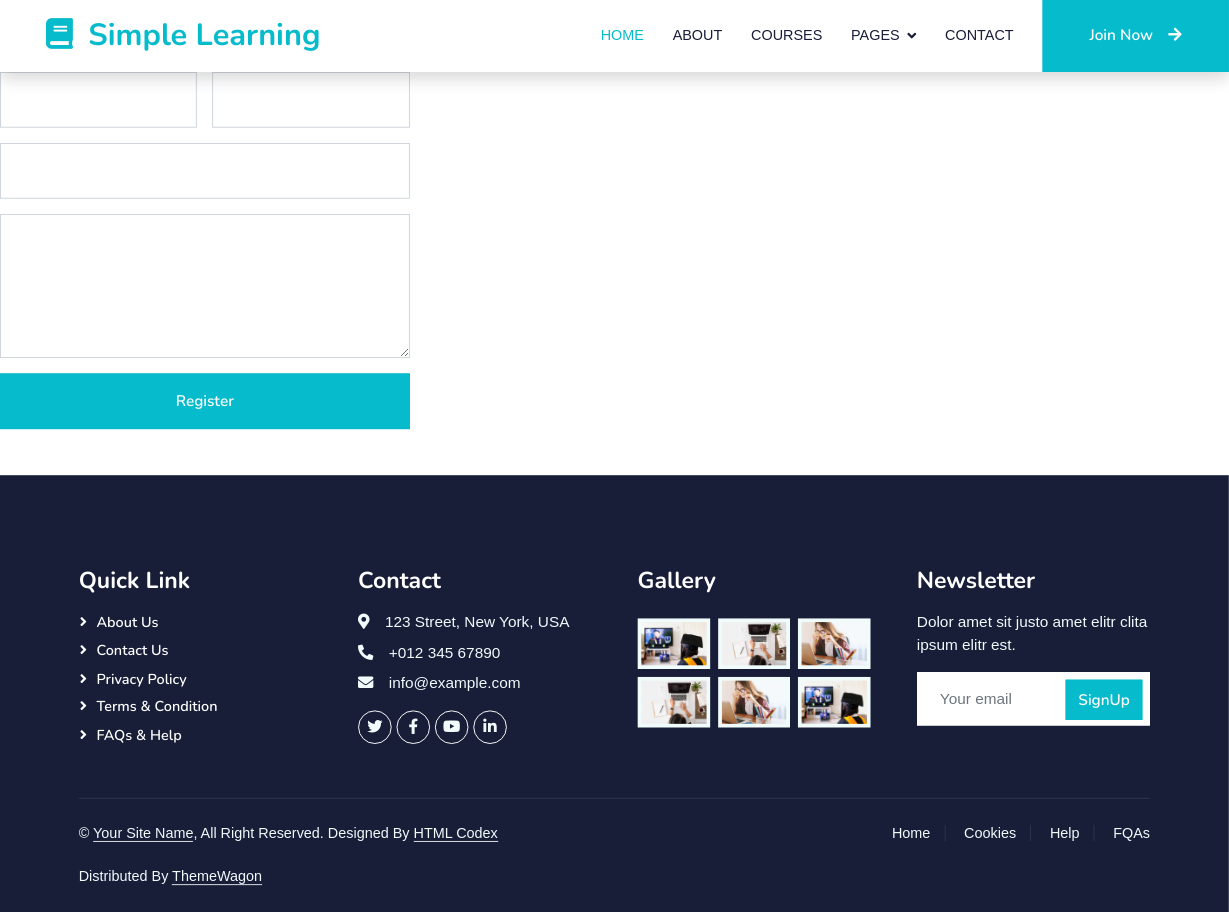
Repository: Arumugam2002/ARUMUGAM-TOPS-DAILY-TASKS
Page: http://localhost/register
These files come from the project's save history. The page is drawn as it stood at one moment and after a run of saves; the edit follows.
The browser window is 1280 px wide. The pictures show the whole page, at 96% of full size.
Some web fonts or font styles are not loaded; a fallback is used. Some web libraries are served in a nearby version. The page is this project's Thymeleaf template; nobody is signed in. The template is opened directly, without the code that normally fills it, so the values that code supplies are empty.

Above is the page before, as saved 2024-07-16 09:06:21.

### Java SpringBoot/Spring_Eclipse/SpringwithTemplate/src/main/resources/templates/register.html
<!DOCTYPE html>
<html lang="en">
	<head th:replace="/fragments/head :: head"></head>
	<head th:replace="/fragments/header :: header"></head>



<body>
	<!--<h1>Registration Form</h1>-->

	<div class="col-lg-4 col-md-12 wow fadeInUp" data-wow-delay="0.5s">
		<form action="/add" method="post">
			<div class="row g-3">
				<div class="col-md-6">
					<div class="form-floating">
						<input type="text" class="form-control" name="name" id="name" placeholder="Enter Name">

					</div>
				</div>
				<div class="col-md-6">
					<div class="form-floating">
						<input type="email" class="form-control" name="email" id="email" placeholder="Enter email">

					</div>
				</div>
				<div class="col-12">
					<div class="form-floating">
						<input type="text" class="form-control" name="contact" id="subject" placeholder="Enter contact">

					</div>
				</div>
				<div class="col-12">
					<div class="form-floating">
						<textarea class="form-control" name="address" placeholder="Enter address" id="message"
							style="height: 150px"></textarea>

					</div>
				</div>
				<div class="col-12">
					<button class="btn btn-primary w-100 py-3" type="submit" >Register</button>
				</div>
			</div>
		</form>
	</div>






	<footer th:replace="/fragments/footer :: footer"></footer>
</body>

</html>

### Java SpringBoot/Spring_Eclipse/SpringwithTemplate/src/main/resources/templates/fragments/head.html
<html lang="en">

<head lang="en" xmlns:th="http://www.thymeleaf.org">
    <meta charset="utf-8">
    <title>Simple Learning</title>
    <meta content="width=device-width, initial-scale=1.0" name="viewport">
    <meta content="" name="keywords">
    <meta content="" name="description">

    <!-- Favicon -->
    <link href="img/favicon.ico" rel="icon">

    <!-- Google Web Fonts -->
    <link rel="preconnect" href="https://fonts.googleapis.com">
    <link rel="preconnect" href="https://fonts.gstatic.com" crossorigin>
    <link href="https://fonts.googleapis.com/css2?family=Heebo:wght@400;500;600&family=Nunito:wght@600;700;800&display=swap" rel="stylesheet">

    <!-- Icon Font Stylesheet -->
    <link href="https://cdnjs.cloudflare.com/ajax/libs/font-awesome/5.10.0/css/all.min.css" rel="stylesheet">
    <link href="https://cdn.jsdelivr.net/npm/bootstrap-icons@1.4.1/font/bootstrap-icons.css" rel="stylesheet">

    <!-- Libraries Stylesheet -->
    <link href="assets/lib/animate/animate.min.css" rel="stylesheet">
    <link href="assets/lib/owlcarousel/assets/owl.carousel.min.css" rel="stylesheet">

    <!-- Customized Bootstrap Stylesheet -->
    <link href="assets/css/bootstrap.min.css" rel="stylesheet">

    <!-- Template Stylesheet -->
    <link href="assets/css/style.css" rel="stylesheet">
</head>

</html>

### Java SpringBoot/Spring_Eclipse/SpringwithTemplate/src/main/resources/templates/fragments/header.html
<html lang="en"
xmlns:th="http://www.thymeleaf.org"
xmlns:sec="http://www.thymeleaf.org/extras/spring-security">
<header>
<!-- Spinner Start -->
<div id="spinner"
	class="show bg-white position-fixed translate-middle w-100 vh-100 top-50 start-50 d-flex align-items-center justify-content-center">
	<div class="spinner-border text-primary" style="width: 3rem; height: 3rem;" role="status">
		<span class="sr-only">Loading...</span>
	</div>
</div>
<!-- Spinner End -->


<!-- Navbar Start -->
<nav class="navbar navbar-expand-lg bg-white navbar-light shadow sticky-top p-0">
	<a href="/" class="navbar-brand d-flex align-items-center px-4 px-lg-5">
		<h2 class="m-0 text-primary"><i class="fa fa-book me-3"></i>Simple Learning</h2>
	</a>
	<button type="button" class="navbar-toggler me-4" data-bs-toggle="collapse" data-bs-target="#navbarCollapse">
		<span class="navbar-toggler-icon"></span>
	</button>
	<div class="collapse navbar-collapse" id="navbarCollapse">
		<div class="navbar-nav ms-auto p-4 p-lg-0">
			<a href="/" class="nav-item nav-link active">Home</a>
			<a href="/about" class="nav-item nav-link">About</a>
			<a href="/courses" class="nav-item nav-link">Courses</a>
			<div class="nav-item dropdown">
				<a href="#" class="nav-link dropdown-toggle" data-bs-toggle="dropdown">Pages</a>
				<div class="dropdown-menu fade-down m-0">
					<a href="/team" class="dropdown-item">Our Team</a>
					<a href="/testimonial" class="dropdown-item">Testimonial</a>
					<a href="/404" class="dropdown-item">404 Page</a>
				</div>
			</div>
			<a href="/contact" class="nav-item nav-link">Contact</a>
		</div>
		<a href="/register" class="btn btn-primary py-4 px-lg-5 d-none d-lg-block">Join Now<i
				class="fa fa-arrow-right ms-3"></i></a>
	</div>
</nav>
<!-- Navbar End -->
</header>


</html>

### Java SpringBoot/Spring_Eclipse/SpringwithTemplate/src/main/resources/templates/fragments/footer.html
<!DOCTYPE html>
<html lang="en" xmlns:th="http://www.thymeleaf.org">

<body>

<footer>
	<!-- Footer Start -->
	<div class="container-fluid bg-dark text-light footer pt-5 mt-5 wow fadeIn" data-wow-delay="0.1s">
		<div class="container py-5">
			<div class="row g-5">
				<div class="col-lg-3 col-md-6">
					<h4 class="text-white mb-3">Quick Link</h4>
					<a class="btn btn-link" href="">About Us</a>
					<a class="btn btn-link" href="">Contact Us</a>
					<a class="btn btn-link" href="">Privacy Policy</a>
					<a class="btn btn-link" href="">Terms & Condition</a>
					<a class="btn btn-link" href="">FAQs & Help</a>
				</div>
				<div class="col-lg-3 col-md-6">
					<h4 class="text-white mb-3">Contact</h4>
					<p class="mb-2"><i class="fa fa-map-marker-alt me-3"></i>123 Street, New York, USA</p>
					<p class="mb-2"><i class="fa fa-phone-alt me-3"></i>+012 345 67890</p>
					<p class="mb-2"><i class="fa fa-envelope me-3"></i>info@example.com</p>
					<div class="d-flex pt-2">
						<a class="btn btn-outline-light btn-social" href=""><i class="fab fa-twitter"></i></a>
						<a class="btn btn-outline-light btn-social" href=""><i class="fab fa-facebook-f"></i></a>
						<a class="btn btn-outline-light btn-social" href=""><i class="fab fa-youtube"></i></a>
						<a class="btn btn-outline-light btn-social" href=""><i class="fab fa-linkedin-in"></i></a>
					</div>
				</div>
				<div class="col-lg-3 col-md-6">
					<h4 class="text-white mb-3">Gallery</h4>
					<div class="row g-2 pt-2">
						<div class="col-4">
							<img class="img-fluid bg-light p-1" src="img/course-1.jpg" alt="">
						</div>
						<div class="col-4">
							<img class="img-fluid bg-light p-1" src="img/course-2.jpg" alt="">
						</div>
						<div class="col-4">
							<img class="img-fluid bg-light p-1" src="img/course-3.jpg" alt="">
						</div>
						<div class="col-4">
							<img class="img-fluid bg-light p-1" src="img/course-2.jpg" alt="">
						</div>
						<div class="col-4">
							<img class="img-fluid bg-light p-1" src="img/course-3.jpg" alt="">
						</div>
						<div class="col-4">
							<img class="img-fluid bg-light p-1" src="img/course-1.jpg" alt="">
						</div>
					</div>
				</div>
				<div class="col-lg-3 col-md-6">
					<h4 class="text-white mb-3">Newsletter</h4>
					<p>Dolor amet sit justo amet elitr clita ipsum elitr est.</p>
					<div class="position-relative mx-auto" style="max-width: 400px;">
						<input class="form-control border-0 w-100 py-3 ps-4 pe-5" type="text" placeholder="Your email">
						<button type="button"
							class="btn btn-primary py-2 position-absolute top-0 end-0 mt-2 me-2">SignUp</button>
					</div>
				</div>
			</div>
		</div>
		<div class="container">
			<div class="copyright">
				<div class="row">
					<div class="col-md-6 text-center text-md-start mb-3 mb-md-0">
						&copy; <a class="border-bottom" href="#">Your Site Name</a>, All Right Reserved.

						<!--/*** This template is free as long as you keep the footer author’s credit link/attribution link/backlink. If you'd like to use the template without the footer author’s credit link/attribution link/backlink, you can purchase the Credit Removal License from "https://htmlcodex.com/credit-removal". Thank you for your support. ***/-->
						Designed By <a class="border-bottom" href="https://htmlcodex.com">HTML Codex</a><br><br>
						Distributed By <a class="border-bottom" href="https://themewagon.com">ThemeWagon</a>
					</div>
					<div class="col-md-6 text-center text-md-end">
						<div class="footer-menu">
							<a href="">Home</a>
							<a href="">Cookies</a>
							<a href="">Help</a>
							<a href="">FQAs</a>
						</div>
					</div>
				</div>
			</div>
		</div>
	</div>
	<!-- Footer End -->


	<!-- Back to Top -->
	<a href="#" class="btn btn-lg btn-primary btn-lg-square back-to-top"><i class="bi bi-arrow-up"></i></a>


	<!-- JavaScript Libraries -->
	<script src="https://code.jquery.com/jquery-3.4.1.min.js"></script>
	<script src="https://cdn.jsdelivr.net/npm/bootstrap@5.0.0/dist/js/bootstrap.bundle.min.js"></script>
	<script src="assets/lib/wow/wow.min.js"></script>
	<script src="assets/lib/easing/easing.min.js"></script>
	<script src="assets/lib/waypoints/waypoints.min.js"></script>
	<script src="assets/lib/owlcarousel/owl.carousel.min.js"></script>

	<!-- Template Javascript -->
	<script src="assets/js/main.js"></script>
	</footer>
</body>

</html>

### Java SpringBoot/Spring_Eclipse/SpringwithTemplate/src/main/resources/static/assets/css/style.css
/********** Template CSS **********/
:root {
    --primary: #06BBCC;
    --light: #F0FBFC;
    --dark: #181d38;
}

.fw-medium {
    font-weight: 600 !important;
}

.fw-semi-bold {
    font-weight: 700 !important;
}

.back-to-top {
    position: fixed;
    display: none;
    right: 45px;
    bottom: 45px;
    z-index: 99;
}


/*** Spinner ***/
#spinner {
    opacity: 0;
    visibility: hidden;
    transition: opacity .5s ease-out, visibility 0s linear .5s;
    z-index: 99999;
}

#spinner.show {
    transition: opacity .5s ease-out, visibility 0s linear 0s;
    visibility: visible;
    opacity: 1;
}


/*** Button ***/
.btn {
    font-family: 'Nunito', sans-serif;
    font-weight: 600;
    transition: .5s;
}

.btn.btn-primary,
.btn.btn-secondary {
    color: #FFFFFF;
}

.btn-square {
    width: 38px;
    height: 38px;
}

.btn-sm-square {
    width: 32px;
    height: 32px;
}

.btn-lg-square {
    width: 48px;
    height: 48px;
}

.btn-square,
.btn-sm-square,
.btn-lg-square {
    padding: 0;
    display: flex;
    align-items: center;
    justify-content: center;
    font-weight: normal;
    border-radius: 0px;
}


/*** Navbar ***/
.navbar .dropdown-toggle::after {
    border: none;
    content: "\f107";
    font-family: "Font Awesome 5 Free";
    font-weight: 900;
    vertical-align: middle;
    margin-left: 8px;
}

.navbar-light .navbar-nav .nav-link {
    margin-right: 30px;
    padding: 25px 0;
    color: #FFFFFF;
    font-size: 15px;
    text-transform: uppercase;
    outline: none;
}

.navbar-light .navbar-nav .nav-link:hover,
.navbar-light .navbar-nav .nav-link.active {
    color: var(--primary);
}

@media (max-width: 991.98px) {
    .navbar-light .navbar-nav .nav-link  {
        margin-right: 0;
        padding: 10px 0;
    }

    .navbar-light .navbar-nav {
        border-top: 1px solid #EEEEEE;
    }
}

.navbar-light .navbar-brand,
.navbar-light a.btn {
    height: 75px;
}

.navbar-light .navbar-nav .nav-link {
    color: var(--dark);
    font-weight: 500;
}

.navbar-light.sticky-top {
    top: -100px;
    transition: .5s;
}

@media (min-width: 992px) {
    .navbar .nav-item .dropdown-menu {
        display: block;
        margin-top: 0;
        opacity: 0;
        visibility: hidden;
        transition: .5s;
    }

    .navbar .dropdown-menu.fade-down {
        top: 100%;
        transform: rotateX(-75deg);
        transform-origin: 0% 0%;
    }

    .navbar .nav-item:hover .dropdown-menu {
        top: 100%;
        transform: rotateX(0deg);
        visibility: visible;
        transition: .5s;
        opacity: 1;
    }
}


/*** Header carousel ***/
@media (max-width: 768px) {
    .header-carousel .owl-carousel-item {
        position: relative;
        min-height: 500px;
    }

    .header-carousel .owl-carousel-item img {
        position: absolute;
        width: 100%;
        height: 100%;
        object-fit: cover;
    }
}

.header-carousel .owl-nav {
    position: absolute;
    top: 50%;
    right: 8%;
    transform: translateY(-50%);
    display: flex;
    flex-direction: column;
}

.header-carousel .owl-nav .owl-prev,
.header-carousel .owl-nav .owl-next {
    margin: 7px 0;
    width: 45px;
    height: 45px;
    display: flex;
    align-items: center;
    justify-content: center;
    color: #FFFFFF;
    background: transparent;
    border: 1px solid #FFFFFF;
    font-size: 22px;
    transition: .5s;
}

.header-carousel .owl-nav .owl-prev:hover,
.header-carousel .owl-nav .owl-next:hover {
    background: var(--primary);
    border-color: var(--primary);
}

.page-header {
    background: linear-gradient(rgba(24, 29, 56, .7), rgba(24, 29, 56, .7)), url(../img/carousel-1.jpg);
    background-position: center center;
    background-repeat: no-repeat;
    background-size: cover;
}

.page-header-inner {
    background: rgba(15, 23, 43, .7);
}

.breadcrumb-item + .breadcrumb-item::before {
    color: var(--light);
}


/*** Section Title ***/
.section-title {
    position: relative;
    display: inline-block;
    text-transform: uppercase;
}

.section-title::before {
    position: absolute;
    content: "";
    width: calc(100% + 80px);
    height: 2px;
    top: 4px;
    left: -40px;
    background: var(--primary);
    z-index: -1;
}

.section-title::after {
    position: absolute;
    content: "";
    width: calc(100% + 120px);
    height: 2px;
    bottom: 5px;
    left: -60px;
    background: var(--primary);
    z-index: -1;
}

.section-title.text-start::before {
    width: calc(100% + 40px);
    left: 0;
}

.section-title.text-start::after {
    width: calc(100% + 60px);
    left: 0;
}


/*** Service ***/
.service-item {
    background: var(--light);
    transition: .5s;
}

.service-item:hover {
    margin-top: -10px;
    background: var(--primary);
}

.service-item * {
    transition: .5s;
}

.service-item:hover * {
    color: var(--light) !important;
}


/*** Categories & Courses ***/
.category img,
.course-item img {
    transition: .5s;
}

.category a:hover img,
.course-item:hover img {
    transform: scale(1.1);
}


/*** Team ***/
.team-item img {
    transition: .5s;
}

.team-item:hover img {
    transform: scale(1.1);
}


/*** Testimonial ***/
.testimonial-carousel::before {
    position: absolute;
    content: "";
    top: 0;
    left: 0;
    height: 100%;
    width: 0;
    background: linear-gradient(to right, rgba(255, 255, 255, 1) 0%, rgba(255, 255, 255, 0) 100%);
    z-index: 1;
}

.testimonial-carousel::after {
    position: absolute;
    content: "";
    top: 0;
    right: 0;
    height: 100%;
    width: 0;
    background: linear-gradient(to left, rgba(255, 255, 255, 1) 0%, rgba(255, 255, 255, 0) 100%);
    z-index: 1;
}

@media (min-width: 768px) {
    .testimonial-carousel::before,
    .testimonial-carousel::after {
        width: 200px;
    }
}

@media (min-width: 992px) {
    .testimonial-carousel::before,
    .testimonial-carousel::after {
        width: 300px;
    }
}

.testimonial-carousel .owl-item .testimonial-text,
.testimonial-carousel .owl-item.center .testimonial-text * {
    transition: .5s;
}

.testimonial-carousel .owl-item.center .testimonial-text {
    background: var(--primary) !important;
}

.testimonial-carousel .owl-item.center .testimonial-text * {
    color: #FFFFFF !important;
}

.testimonial-carousel .owl-dots {
    margin-top: 24px;
    display: flex;
    align-items: flex-end;
    justify-content: center;
}

.testimonial-carousel .owl-dot {
    position: relative;
    display: inline-block;
    margin: 0 5px;
    width: 15px;
    height: 15px;
    border: 1px solid #CCCCCC;
    transition: .5s;
}

.testimonial-carousel .owl-dot.active {
    background: var(--primary);
    border-color: var(--primary);
}


/*** Footer ***/
.footer .btn.btn-social {
    margin-right: 5px;
    width: 35px;
    height: 35px;
    display: flex;
    align-items: center;
    justify-content: center;
    color: var(--light);
    font-weight: normal;
    border: 1px solid #FFFFFF;
    border-radius: 35px;
    transition: .3s;
}

.footer .btn.btn-social:hover {
    color: var(--primary);
}

.footer .btn.btn-link {
    display: block;
    margin-bottom: 5px;
    padding: 0;
    text-align: left;
    color: #FFFFFF;
    font-size: 15px;
    font-weight: normal;
    text-transform: capitalize;
    transition: .3s;
}

.footer .btn.btn-link::before {
    position: relative;
    content: "\f105";
    font-family: "Font Awesome 5 Free";
    font-weight: 900;
    margin-right: 10px;
}

.footer .btn.btn-link:hover {
    letter-spacing: 1px;
    box-shadow: none;
}

.footer .copyright {
    padding: 25px 0;
    font-size: 15px;
    border-top: 1px solid rgba(256, 256, 256, .1);
}

.footer .copyright a {
    color: var(--light);
}

.footer .footer-menu a {
    margin-right: 15px;
    padding-right: 15px;
    border-right: 1px solid rgba(255, 255, 255, .1);
}

.footer .footer-menu a:last-child {
    margin-right: 0;
    padding-right: 0;
    border-right: none;
}

### Java SpringBoot/Spring_Eclipse/SpringwithTemplate/src/main/resources/static/assets/js/main.js
(function ($) {
    "use strict";

    // Spinner
    var spinner = function () {
        setTimeout(function () {
            if ($('#spinner').length > 0) {
                $('#spinner').removeClass('show');
            }
        }, 1);
    };
    spinner();


    // Initiate the wowjs
    new WOW().init();


    // Sticky Navbar
    $(window).scroll(function () {
        if ($(this).scrollTop() > 300) {
            $('.sticky-top').css('top', '0px');
        } else {
            $('.sticky-top').css('top', '-100px');
        }
    });


    // Dropdown on mouse hover
    const $dropdown = $(".dropdown");
    const $dropdownToggle = $(".dropdown-toggle");
    const $dropdownMenu = $(".dropdown-menu");
    const showClass = "show";

    $(window).on("load resize", function() {
        if (this.matchMedia("(min-width: 992px)").matches) {
            $dropdown.hover(
            function() {
                const $this = $(this);
                $this.addClass(showClass);
                $this.find($dropdownToggle).attr("aria-expanded", "true");
                $this.find($dropdownMenu).addClass(showClass);
            },
            function() {
                const $this = $(this);
                $this.removeClass(showClass);
                $this.find($dropdownToggle).attr("aria-expanded", "false");
                $this.find($dropdownMenu).removeClass(showClass);
            }
            );
        } else {
            $dropdown.off("mouseenter mouseleave");
        }
    });


    // Back to top button
    $(window).scroll(function () {
        if ($(this).scrollTop() > 300) {
            $('.back-to-top').fadeIn('slow');
        } else {
            $('.back-to-top').fadeOut('slow');
        }
    });
    $('.back-to-top').click(function () {
        $('html, body').animate({scrollTop: 0}, 1500, 'easeInOutExpo');
        return false;
    });


    // Header carousel
    $(".header-carousel").owlCarousel({
        autoplay: true,
        smartSpeed: 1500,
        items: 1,
        dots: false,
        loop: true,
        nav : true,
        navText : [
            '<i class="bi bi-chevron-left"></i>',
            '<i class="bi bi-chevron-right"></i>'
        ]
    });


    // Testimonials carousel
    $(".testimonial-carousel").owlCarousel({
        autoplay: true,
        smartSpeed: 1000,
        center: true,
        margin: 24,
        dots: true,
        loop: true,
        nav : false,
        responsive: {
            0:{
                items:1
            },
            768:{
                items:2
            },
            992:{
                items:3
            }
        }
    });

})(jQuery);

Loaded but not shown: Java SpringBoot/Spring_Eclipse/SpringwithTemplate/src/main/resources/static/assets/lib/animate/animate.min.css (library); Java SpringBoot/Spring_Eclipse/SpringwithTemplate/src/main/resources/static/assets/lib/owlcarousel/assets/owl.carousel.min.css (common file); Java SpringBoot/Spring_Eclipse/SpringwithTemplate/src/main/resources/static/assets/css/bootstrap.min.css (library); Java SpringBoot/Spring_Eclipse/SpringwithTemplate/src/main/resources/static/assets/lib/wow/wow.min.js (library); Java SpringBoot/Spring_Eclipse/SpringwithTemplate/src/main/resources/static/assets/lib/easing/easing.min.js (common file); Java SpringBoot/Spring_Eclipse/SpringwithTemplate/src/main/resources/static/assets/lib/waypoints/waypoints.min.js (library); Java SpringBoot/Spring_Eclipse/SpringwithTemplate/src/main/resources/static/assets/lib/owlcarousel/owl.carousel.min.js (library)

After the next 2 saves:
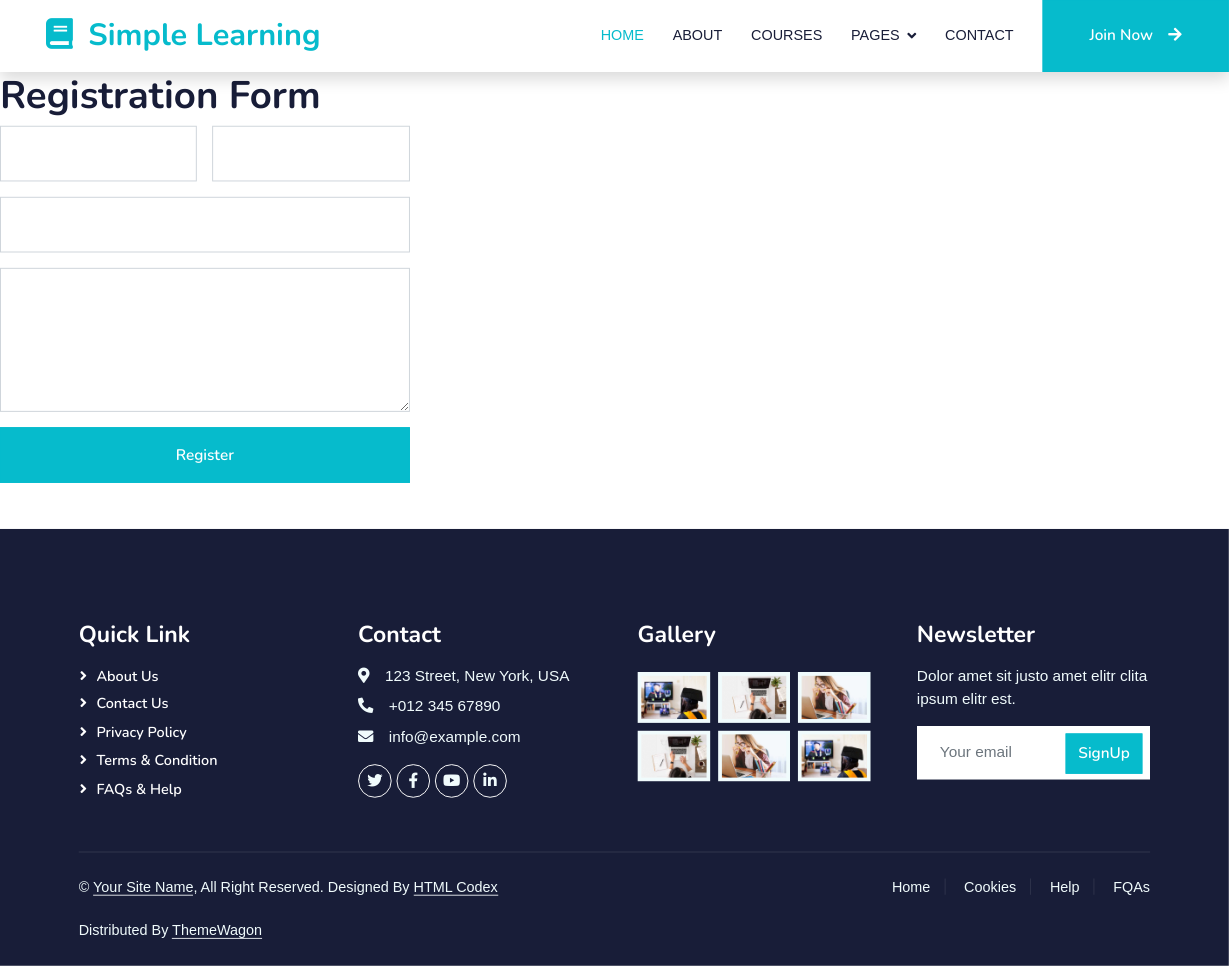
The 2 saves are shown as one change because they came seconds apart.
The last was saved 12 s later.
--- a/Java SpringBoot/Spring_Eclipse/SpringwithTemplate/src/main/resources/templates/register.html
+++ b/Java SpringBoot/Spring_Eclipse/SpringwithTemplate/src/main/resources/templates/register.html
@@ -6,9 +6,10 @@
 
 
 <body>
-	<!--<h1>Registration Form</h1>-->
+	<h1>Registration Form</h1>
 
 	<div class="col-lg-4 col-md-12 wow fadeInUp" data-wow-delay="0.5s">
+
 		<form action="/add" method="post">
 			<div class="row g-3">
 				<div class="col-md-6">
